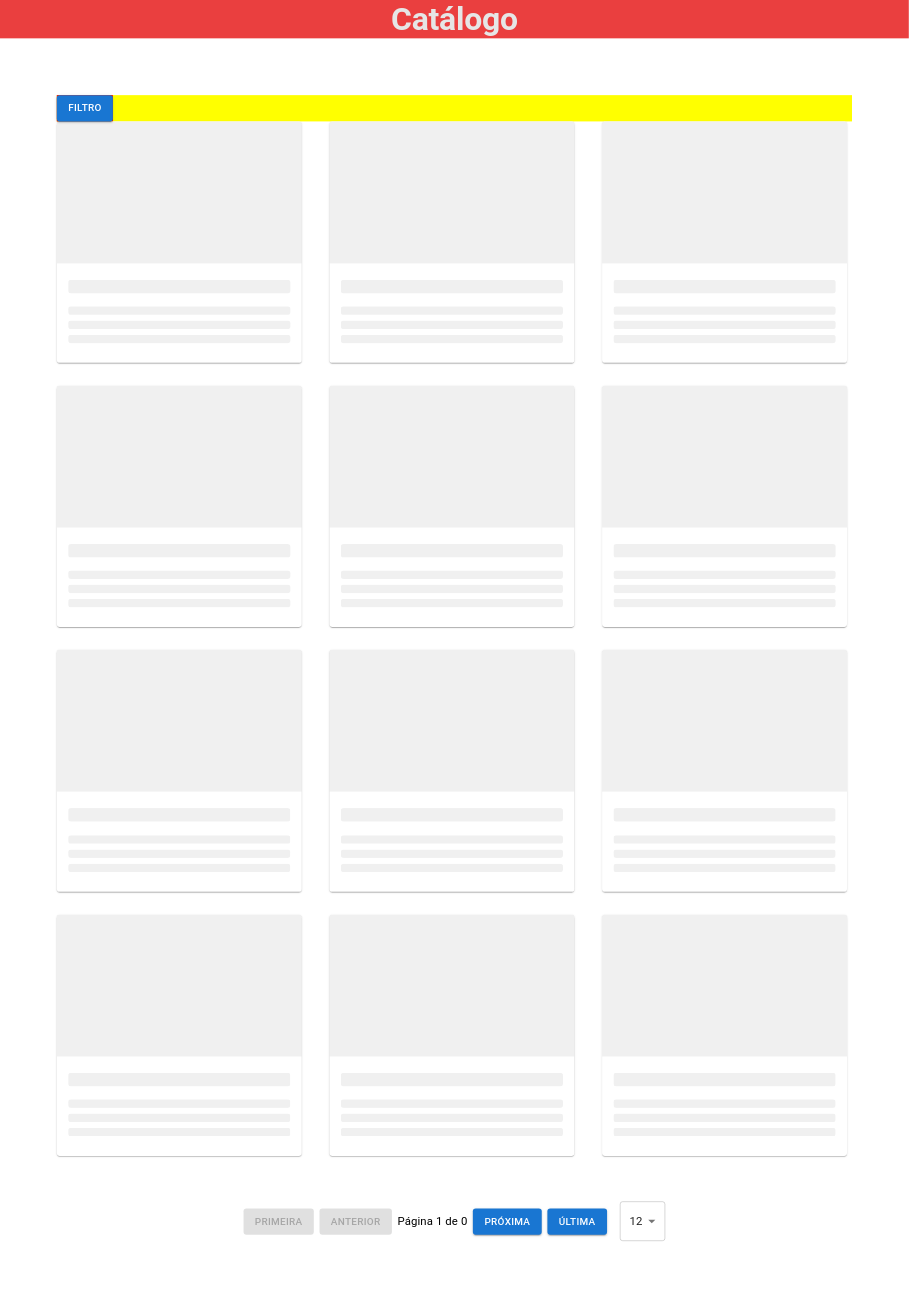
Repository: lenx0/PokeWiki-Front
Page: /
An editor plug-in stored every save of this project. The page is shown before and after the next save, followed by the edit.
The browser window is 1280 px wide. The pictures show the whole page, at 71% of full size.
The page's requests for data from a server got no answer. The project was rebuilt for these pictures with package versions that can differ from the ones it lists, and the page was loaded fresh each time. The framework's server and built-in components were replaced by stand-ins that run in the browser. No one was signed in, and anything a server would have sent is missing. Also part of the build but not shown: next.config.mjs.

Above is the page before, as saved 2024-02-17 12:19:43.

After the next save:
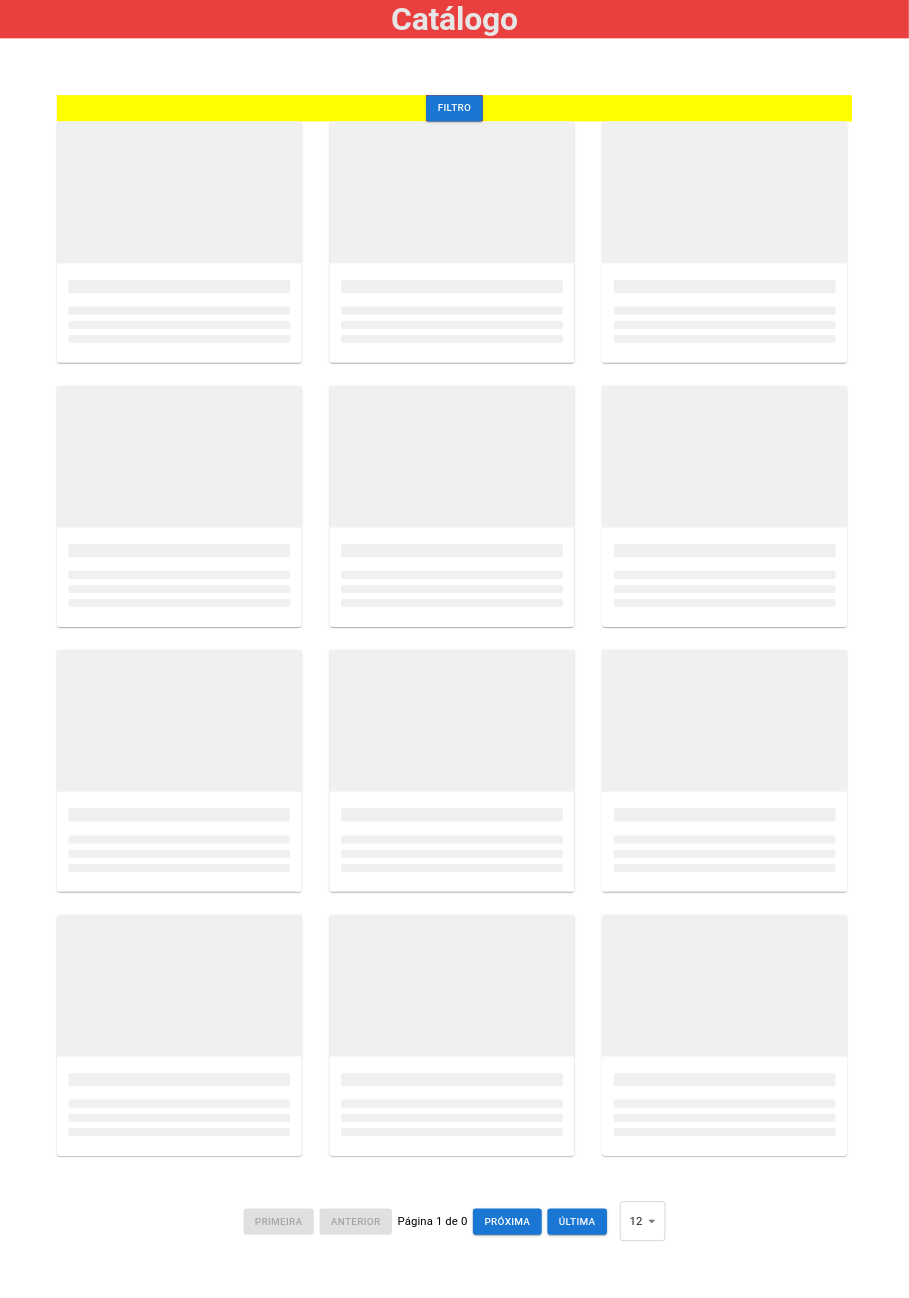
Saved 5 s later.
--- a/src/app/components/Cards/index.jsx
+++ b/src/app/components/Cards/index.jsx
@@ -54,7 +54,7 @@ export default function Cards() {
 
   return (
     <>
-      <Grid container alignContent="center" backgroundColor="yellow">
+      <Grid container justifyContent="center" backgroundColor="yellow">
         <Grid item backgroundColor="red">
           <Button variant="contained">Filtro</Button>
         </Grid>
